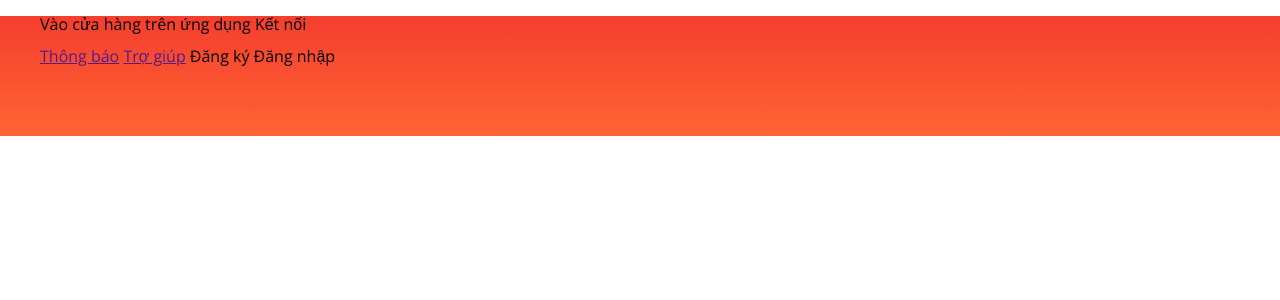
Repository: trongtamdev/Clone-Shopee-Page
Page: index.html
The author's editor kept a copy of each file at every save. The page is drawn from the files as they stood at one save, then again after the next save.
The browser window is 1280 px wide. The pictures show the whole page.

Above is the page before, as saved 2022-07-05 15:36:19.

After the next save:
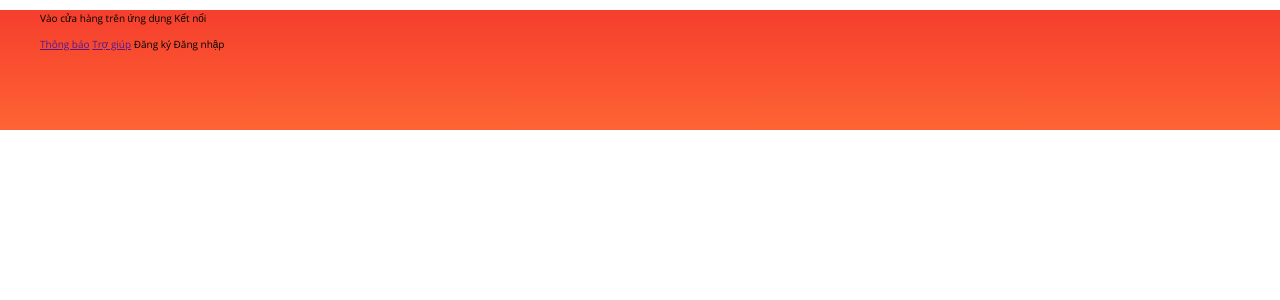
Saved 6 s later.
--- a/assets/css/main.css
+++ b/assets/css/main.css
@@ -5,7 +5,7 @@
 
 .header__navbar-list {
     list-style: none;
-    font-size: 16px;
+
 }
 
 .header__navbar-item {
